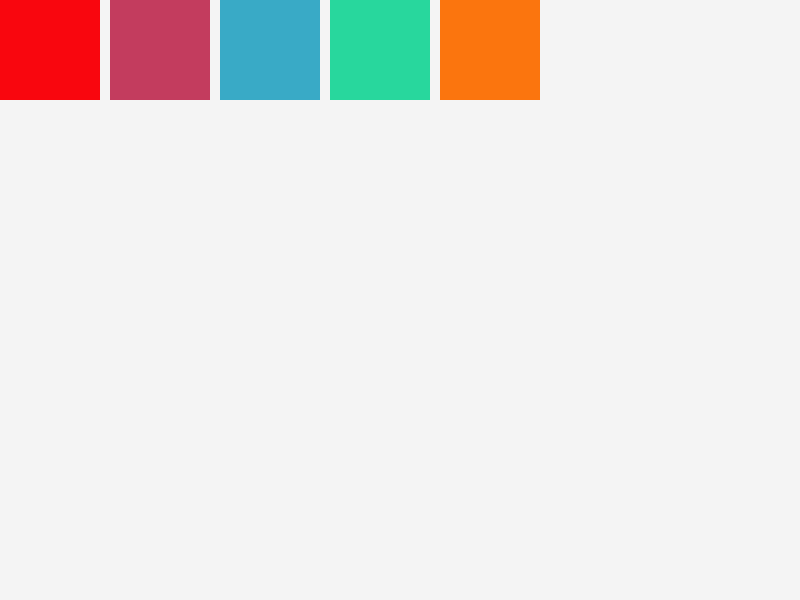
Repository: fredoluzjr/Java-Udemy
Program's window: java Workspace/exercicios-javafx/src/layout/AppLayout.java
The author's editor kept a copy of each file at every save. The program's window is drawn from the files as they stood at one save, then again after the next save.
It runs on Java 21 on a 1366 x 768 screen with JavaFX 11; the title bar is not drawn.

Above is the program's window before, as saved 2021-07-08 23:20:05.

After the next save:
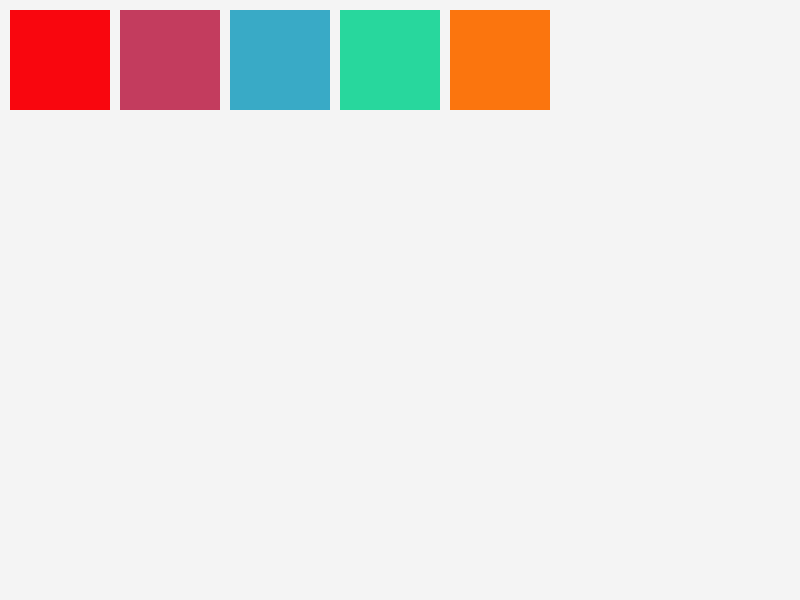
Saved 85 s later.
--- a/Workspace/exercicios-javafx/src/layout/TesteFlowPane.java
+++ b/Workspace/exercicios-javafx/src/layout/TesteFlowPane.java
@@ -1,5 +1,6 @@
 package layout;
 
+import javafx.geometry.Insets;
 import javafx.scene.layout.FlowPane;
 
 public class TesteFlowPane extends FlowPane{
@@ -12,7 +13,8 @@
 		Quadrado q5 = new Quadrado();
 
 		setHgap(10);
-
+		setVgap(10);
+		setPadding(new Insets(10));
 
 		getChildren().addAll(q1, q2, q3, q4, q5);
 	}
